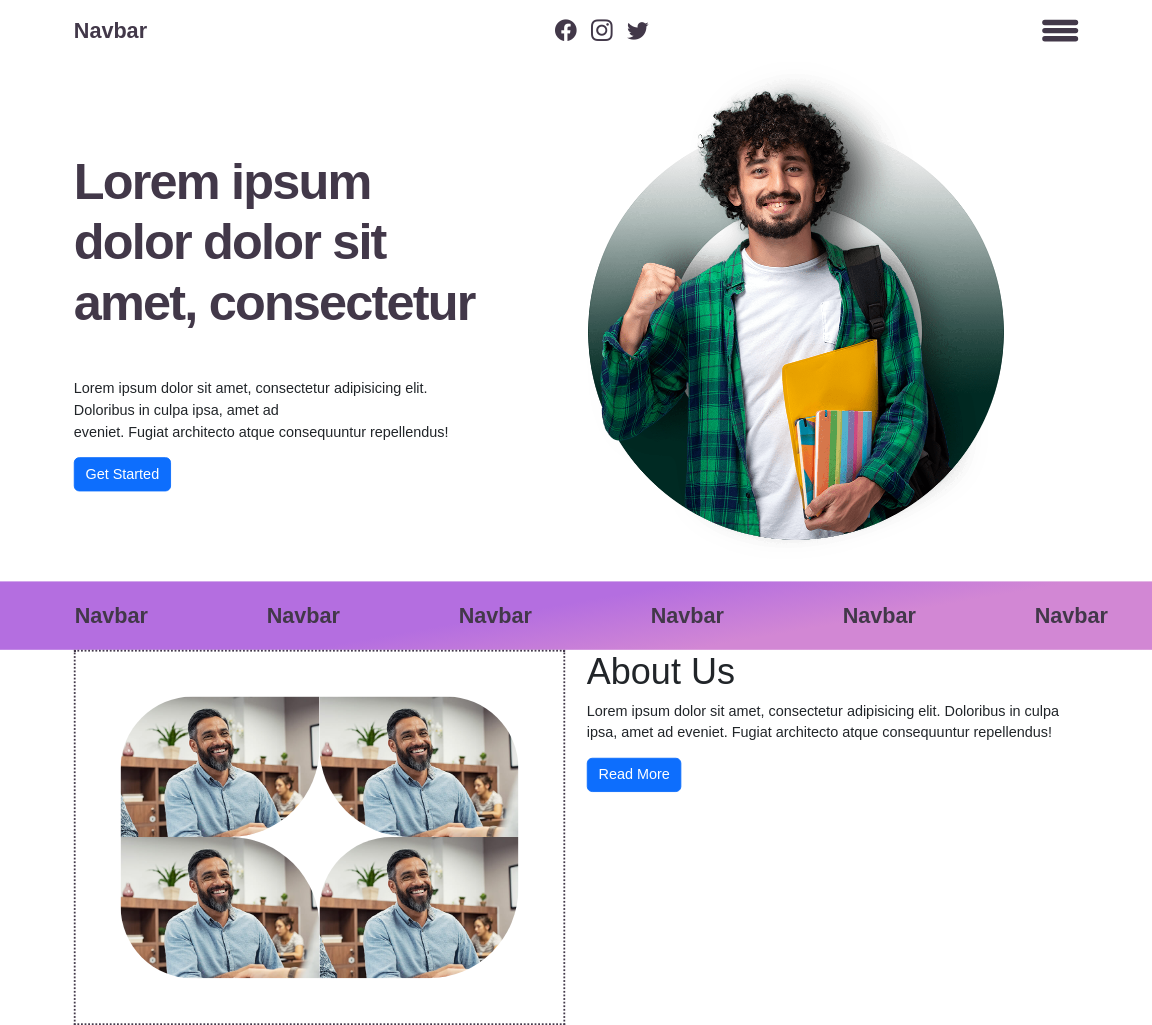
Repository: tagnam/project27012025
Page: index.html
The author's editor kept a copy of each file at every save. The page is drawn from the files as they stood at one save, then again after the next save.
The browser window is 1280 px wide. The pictures show the whole page, at 90% of full size.

Above is the page before, as saved 2025-01-27 16:34:59.

After the next save:
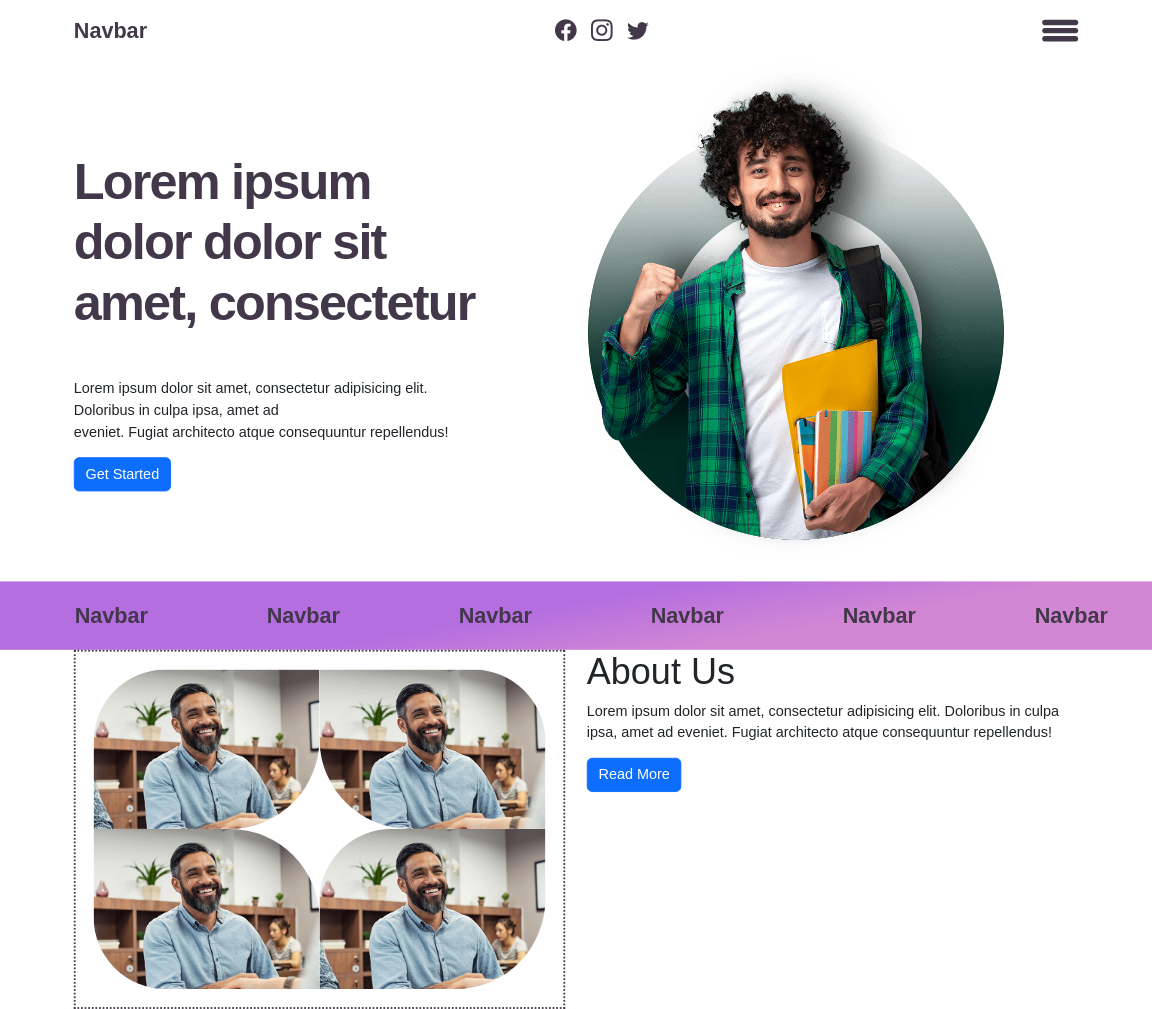
Saved 10 s later.
--- a/style/css/index.css
+++ b/style/css/index.css
@@ -95,7 +95,7 @@ width: 100%;
 }
 .about-row {
     border: 2px dotted var(--dark-color);
-    padding: 50px;
+    padding: 20px;
 }
 
 .about-row-img-01{
